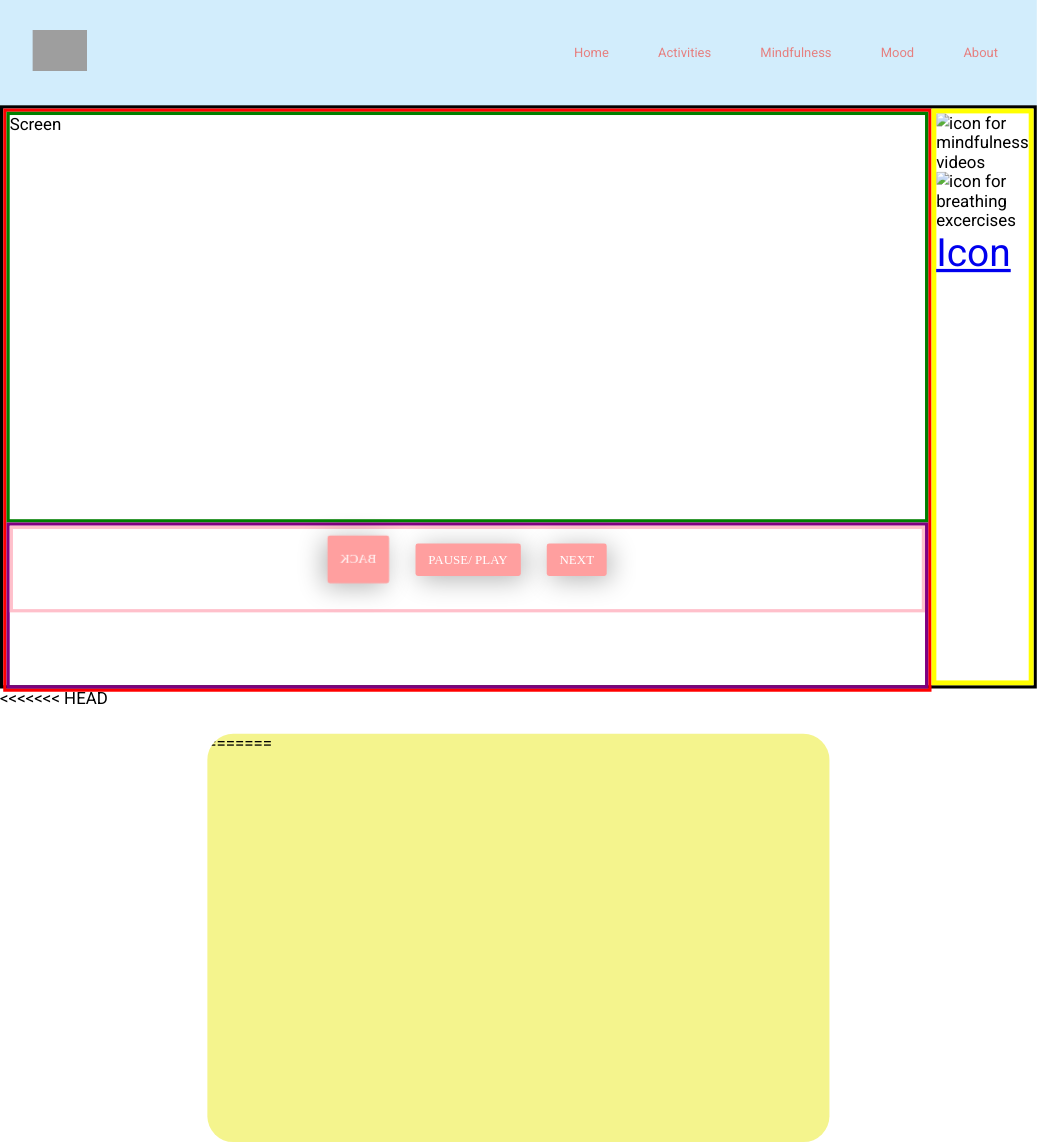
Repository: Nafisa-Huda/HealthierMind
Page: public/mindfulness.html
The author's editor kept a copy of each file at every save. The page is drawn from the files as they stood at one save, then again after the next save.
The browser window is 1280 px wide. The pictures show the whole page, at 81% of full size.
Pictures or frames that could not be fetched are drawn as grey boxes. Some web fonts or font styles are not loaded; a fallback is used.

Above is the page before, as saved 2022-07-16 14:09:31.

### public/mindfulness.html
<!DOCTYPE html>
<html lang="en">

<head>
    <meta charset="UTF-8">
    <meta http-equiv="X-UA-Compatible" content="IE=edge">
    <meta name="viewport" content="width=device-width, initial-scale=1.0">
    <title>HealthyMind</title>
    <link rel="stylesheet" href="style.css" />
    <link rel="preconnect" href="https://fonts.googleapis.com">
    <link rel="preconnect" href="https://fonts.gstatic.com" crossorigin>
    <link
        href="https://fonts.googleapis.com/css2?family=Caveat+Brush&family=Fredoka+One&family=Roboto&family=Source+Sans+Pro:wght@300&display=swap"
        rel="stylesheet">
    <link rel="stylesheet" href="https://unpkg.com/swiper@8/swiper-bundle.min.css" />
    <link rel="stylesheet" href="css/mindfulness.css">
</head>

<body>
    <header>
        <div class="container row">
            <a href="index.html"><img class="logo" src="https://i.ibb.co/xLGc6jC/Healthy-Mind-logo.png"
                    alt="healthy-mind-logo"></a>
            <nav class="nav">
                <ul class="nav__list">
                    <li class="nav__item"><a href="index.html" class="nav__link">Home</a></li>
                    <li class="nav__item"><a href="activities.html" class="nav__link">Activities</a></li>
                    <li class="nav__item"><a href="mindfulness.html" class="nav__link">Mindfulness</a></li>
                    <li class="nav__item"><a href="tracker.html" class="nav__link">Mood</a></li>
                    <li class="nav__item"><a href="about.html" class="nav__link">About</a></li>
                </ul>
            </nav>
        </div>
    </header>
    <section>
        <div class="container__video">
            <div class="wrapper">
                <div class="screen"> Screen </div>
                <div class="controls">
                    <div class="control__panel">
                        <button class="back">back</button>
                        <button class="pauplay"> Pause/ Play </button>
                        <button class="next">Next</button>
                    </div>
                </div>
            </div>
            <div class="sidebar">
                <img src="#" alt="icon for mindfulness videos" />
                <img src="#" alt="icon for breathing excercises" />
                <span><a href="parents__info"><!--icon for parents but we'll make it a modal--> Icon</a></span>
            </div>
        </div>
    </section>
    <!-- Slider main container -->
<<<<<<< HEAD
<div class="swiper">
=======
    <!-- <section class="swiper">
>>>>>>> tmp
    <div class="swiper-wrapper">
      <div class="swiper-slide">Slide 1</div>
      <div class="swiper-slide">Slide 2</div>
      <div class="swiper-slide">Slide 3</div>
    </div>
    <div class="swiper-pagination"></div>
    <div class="swiper-button-prev"></div>
    <div class="swiper-button-next"></div>
</section> -->

    <script src="https://unpkg.com/swiper@8/swiper-bundle.min.js"></script>
    <script src="js/mindfulness.js"></script>
</body>

</html>

### public/style.css
*,
*::before,
*::after {
  box-sizing: border-box;
  margin: 0;
  padding: 0;
}

body {
  max-width: 100%;
  font-family: "Roboto", sans-serif;
  font-size: 1.3rem;
}
html {
  scroll-behavior: smooth;
  scroll-padding-top: (--scroll-padding, 100px);
}

/*scrollbar*/
::-webkit-scrollbar {
  width: 0.7em;
}
::-webkit-scrollbar-track {
  background: antiquewhite;
}
::-webkit-scrollbar-thumb {
  background: linear-gradient(10deg, #69488a, #f18d8d);
}

header{
  background-color: #d2edfc;
  height: 3%;
}
  .containerImg > img {
      width: 80%;
      margin: 5rem 5rem 5rem 5rem ;
      max-height: 100%;
      padding: auto;
  }

/* home page */

.container {
  width: 100vw;
  height: 18vh;
  margin: 0 auto;
}
.main {
  height: 100vh;
}

/* home page */

header{
  background-color: #d2edfc;
  height: 10%;
}

/* nav bar */
.row {
  display: flex;
  justify-content: space-between;
  align-items: center;
  width: 100%;
}

.logo {
  width: 5em;
  height: 5em;
  margin-left: 2.5rem;
  margin-right: 1rem;
}

.nav {
    display: flex;
    justify-content: space-between;
    align-items: center;
    max-width: 100%;
}

.nav__list {
  margin: 0;
  list-style: none;
  display: flex;
  align-items: center;
  font-size: 2rem;
}

.nav__item {
  display: flex;
  flex-direction: row;
  padding: 0.8rem;
  padding-right: 3rem;
  /* padding-right: 9rem; */
}
.nav__link {
  text-decoration: none;
  font-size: initial;
  font-weight: 200;
  color: #e68080;
}

.nav__link--button {
  padding: 0.25em 1em;
}

.nav__link:hover {
  opacity: 0.75;
}

/* hero-top */

.hero {
  background-color: #d2edfc;
  padding-bottom: 5em;
}

.hero-top{
  padding-bottom: 5.5em;
}

.containerImg > img {
  width: 80%;
  margin: 6rem 5rem 5rem 5rem ;
  max-height: 100%;
  padding: auto;
}

.container {
  width: 90vw;
  margin: 0 auto;
}

.hero-top{
  display: flex;
}
.hero h1 {
  font-family: caveat brush;
  margin-top: 0%;
  font-size: 3em;
}

.hero p {
  padding: 0 0.5em;
  margin-top: 0;
  text-align: center;
}

.hero__text{
    width: 50%;
    margin: 8rem 0 4rem 2rem;
    display: flex;
    flex-direction: column;
    align-items: center;
    justify-content: flex-start;
}

/* hero-bottom */

.hero-bottom h2{
  font-family: caveat brush;
  color: black;
  font-size: 2em;
  text-decoration: underline #FF9F9F;
}

.hero-bottom p {
  text-align: justify;
}


 /* activities page */

.activities-title {
  display: flex;
  flex-direction: column;
  align-items: center;
  height: 25rem;
  padding-top: 5rem;
  background: #d2edfc;
}

.headings-container {
  display: flex;
  padding: 3rem;
  background: linear-gradient(10deg, #b279ea, #ff9f9f);
  flex-direction: column;
  align-items: center;
  border: solid 0px white;
  box-shadow: black 6px;
  box-shadow: 1px 1px 2rem rgb(0 0 0 / 30%);
}

.headings {
  margin-top: 0;
  margin-bottom: 1rem;
  color: #fff;
}

.activities-container {
  display: flex;
  flex-wrap: wrap;
  justify-content: center;
  background-color: #b279ea;
  padding-top: 5rem;
}

span {
  content: "\2192";
  font-size: xxx-large;
}

.number {
  height: 110px;
  width: 110px;
  background: linear-gradient(10deg, #b279ea, #ff9f9f);
  box-shadow: 1px 1px 2rem rgb(0 0 0 / 30%);
  border-radius: 100%;
  position: absolute;
  left: -10%;
  top: -13%;
  display: flex;
  align-items: center;
  justify-content: center;
}

.scene {
  width: 20rem;
  height: 20rem;
  margin: 3rem;
  perspective: 600px;
}

.card {
  width: 100%;
  height: 100%;
  cursor: pointer;
  transform-style: preserve-3d;
  transform-origin: center right;
  transition: transform 1s;
}

.card.is-flipped {
  transform: translateX(-100%) rotateY(-180deg);
}

.face {
  position: absolute;
  width: 100%;
  height: 100%;
  display: flex;
  justify-content: center;
  align-items: center;
  color: #fff;
  text-align: center;
  font-weight: bold;
  font-size: larger;
  backface-visibility: hidden;
}

.front {
  background-color: #ff9f9f;
  border-radius: 2rem;
  display: flex;
  flex-direction: column;
  padding: 1rem;
}

.back {
  background-color: #ff9f9f;
  transform: rotateY(180deg);
  font-size: larger;
  border-radius: 2rem;
  line-height: 2.3rem;
  display: flex;
  justify-content: flex-start;
  align-items: center;
}

.ul {
  padding: 3rem;
  font-size: large;
  text-align: left;
}

.hydrated {
  font-size: larger;
  padding: 1rem;
}

.prompts-back {
  line-height: 1.7rem;
  display: flex;
  justify-content: flex-start;
  align-items: center;
}

.fa-solid {
  padding-top: 1rem;
  font-family: "Font Awesome 6 Free";
}

### public/css/mindfulness.css
*,
*::before,
*::after {
  box-sizing: border-box;
  margin: 0;
  padding: 0;
}

body {
  max-width: 100%;
  font-family: "Roboto", sans-serif;
  font-size: 1.3rem;
  overflow:hidden;
}
html {
  scroll-behavior: smooth;
  scroll-padding-top: (--scroll-padding, 100px);
}

/*scrollbar*/
::-webkit-scrollbar {
  width: 0.7em;
}
::-webkit-scrollbar-track {
  background: antiquewhite;
}
::-webkit-scrollbar-thumb {
  background: linear-gradient(10deg, #69488a, #f18d8d);
}

header{
  background-color: #d2edfc;
  height: 3%;
}
.container {
  width: 100vw;
  height: 18vh;
  margin: 0 auto;
}
.main {
  height: 100vh;
}

.hero {
  display: flex;
  background-color: #d2edfc;
}
.hero h1 {
  font-family: caveat brush;
  text-align: center;
  margin-top: 0%;
  font-size: 3em;
}

.hero p {
  padding: 0 0.5em;
  margin-top: 0;
  text-align: center;
}

  .hero__text{
    width: 50%;
    margin: 8rem 0 4rem 2rem;
    display: flex;
    flex-direction: column;
    align-items: center;
    justify-content: flex-start;
  }

.row {
  display: flex;
  justify-content: space-between;
  align-items: center;
  width: 100%;
}

.logo {
  width: 15%;
  height: 100%;
  margin-left: 2.5rem;
  margin-right: 1rem;
}

.nav {
    display: flex;
    justify-content: space-between;
    align-items: center;
    max-width: 100%;
}

.nav__list {
  margin: 0;
  list-style: none;
  display: flex;
  align-items: center;
  font-size: 2rem;
}

.nav__item {
  display: flex;
  flex-direction: row;
  padding: 0.8rem;
  padding-right: 3rem;
  /* padding-right: 9rem; */
}
.nav__link {
  text-decoration: none;
  font-size: initial;
  font-weight: 200;
  color: #e68080;
}

.nav__link--button {
  padding: 0.25em 1em;
}

.nav__link:hover {
  opacity: 0.75;
}

.swiper {
    width:60vw;
    height: 70vh;
    margin: 0 auto;
    margin-top: 2rem;
    background-color: rgb(244, 244, 141);
    border-radius: 2rem;
  }
.container__video{
  border: 0.3rem solid black;
  height: 100vh;
  display: flex;
  flex-direction: row;
  width: 100%;
}
.wrapper{
  border: 0.3rem solid red;
  height: 100vh;
  width: 100%;
  display: flex;
  flex-direction: column;
}
.screen{
  border: 0.3rem solid green;
  width: 100%;
  height: 100%;
}
.sidebar{
  border: 0.4rem solid yellow;
  width: 10%;
  display: flex;
  flex-direction: column;
}
.controls{
  border: 0.3rem solid purple;
  width: 100%;
  height: 40%;
}
.control__panel{
  border: 0.3rem solid pink;
  width: 100%;
  display: flex;
  justify-content: center;
  align-content: center;
  align-items: center;
  gap: 2rem;
  padding: 0.5rem 0 2rem 0;
}
.back,
.next,
.pauplay{
  background: none;
  border-radius: 1rem;
  padding: 0.7rem 1rem;
  font-family: caveat brush;
  text-transform: uppercase;
  background: #ff9f9f;
  color: #fff;
  font-size: medium;
  border: none;
  border-radius: 3px;
  cursor: pointer;
  box-shadow:  0.3rem 0.3rem 2rem rgb(0 0 0 / 30%);
  }

  .back:hover,
  .next:hover,
  .pauplay:hover{
    background:#f99292;
  }

Loaded but not shown: public/mindfulness.js (common file)

After the next save:
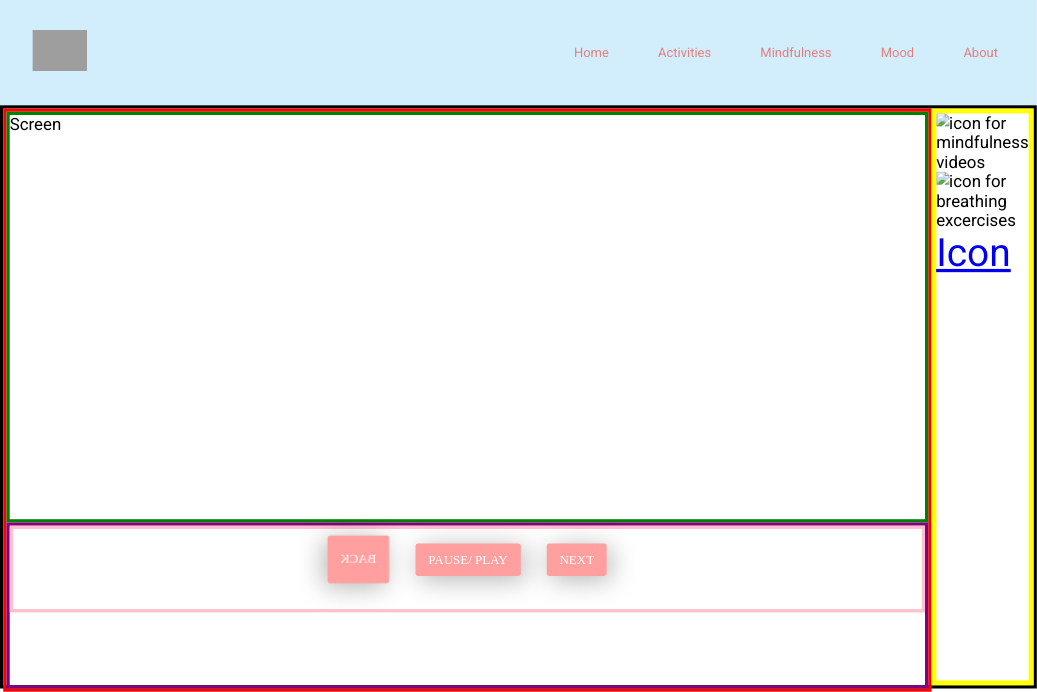
Saved 7 s later.
--- a/public/mindfulness.html
+++ b/public/mindfulness.html
@@ -52,11 +52,7 @@
         </div>
     </section>
     <!-- Slider main container -->
-<<<<<<< HEAD
-<div class="swiper">
-=======
     <!-- <section class="swiper">
->>>>>>> tmp
     <div class="swiper-wrapper">
       <div class="swiper-slide">Slide 1</div>
       <div class="swiper-slide">Slide 2</div>
